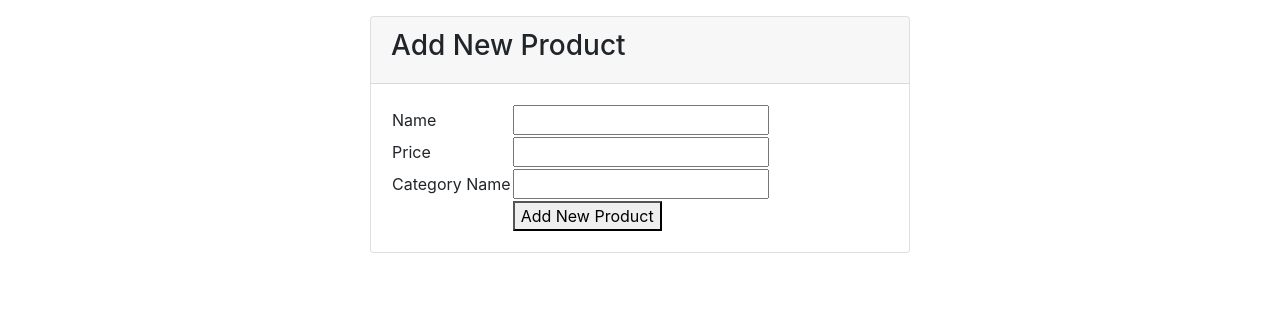
Repository: HsuMon123/Testing-Java-EE
Page: http://localhost/04-jsp-java-bean/
These files come from the project's save history. The page is drawn as it stood at one moment and after the next save; the edit follows.
The browser window is 1280 px wide. The pictures show the whole page.
The page is served by Tomcat 9. Other server files are loaded and not shown.

Above is the page before, as saved 2020-12-17 11:55:18.

### 04-jsp-java-bean/src/main/webapp/index.jsp
<%@ page language="java" contentType="text/html; charset=ISO-8859-1"
    pageEncoding="ISO-8859-1"%>
<!DOCTYPE html>
<html>
<head>
<meta charset="ISO-8859-1">
<title>Add New Product</title>
<link href="./common/css/bootstrap.min.css" rel="stylesheet" type="text/css"/>
<script type="text/javascript" src="./common/js/jquery.min.js"></script>
<script type="text/javascript" src="./common/js/bootstrap.min.js"></script>

</head>
<body>

	<div class="container">
		<div class="row mt-3">
			<div class="col-6 offset-3">
				<div class="card">
				<div class="card-header">
					<h3>Add New Product</h3>
				</div>
				<div class="card-body">
					<form action="create-product.jsp">
		<table>
			<tr>
				<td>Name</td>
				<td>
					<input type="text" name="name"/>
				</td>
			</tr>
			<tr>
				<td>Price</td>
				<td>
					<input type="number" name="price"/>
				</td>
			</tr>
			<tr>
				<td>Category Name</td>
				<td>
					<input type="text" name="catName" />
				</td>
			</tr>
			<tr>
				<td></td>
				<td>
					<button type="submit">Add New Product</button>
				</td>
			</tr>
		</table>
	</form>
				</div>
			</div>
			</div>
		</div>
	</div>

</body>
</html>

Loaded but not shown: 04-jsp-java-bean/src/main/webapp/common/css/bootstrap.min.css (library); 04-jsp-java-bean/src/main/webapp/common/js/jquery.min.js (library); 04-jsp-java-bean/src/main/webapp/common/js/bootstrap.min.js (library)

After the next save:
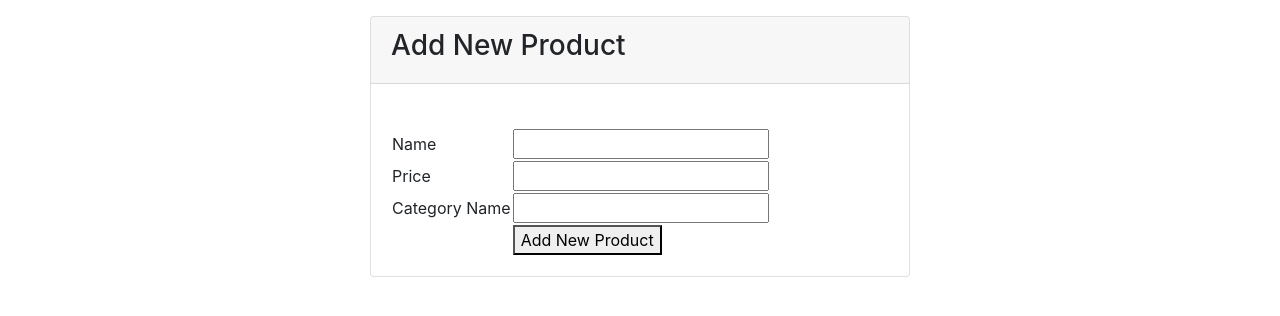
Saved 8 s later.
--- a/04-jsp-java-bean/src/main/webapp/index.jsp
+++ b/04-jsp-java-bean/src/main/webapp/index.jsp
@@ -27,7 +27,7 @@
 				<td>
 					<input type="text" name="name"/>
 				</td>
-			</tr>
+			</tr><br>
 			<tr>
 				<td>Price</td>
 				<td>

After the save that followed:
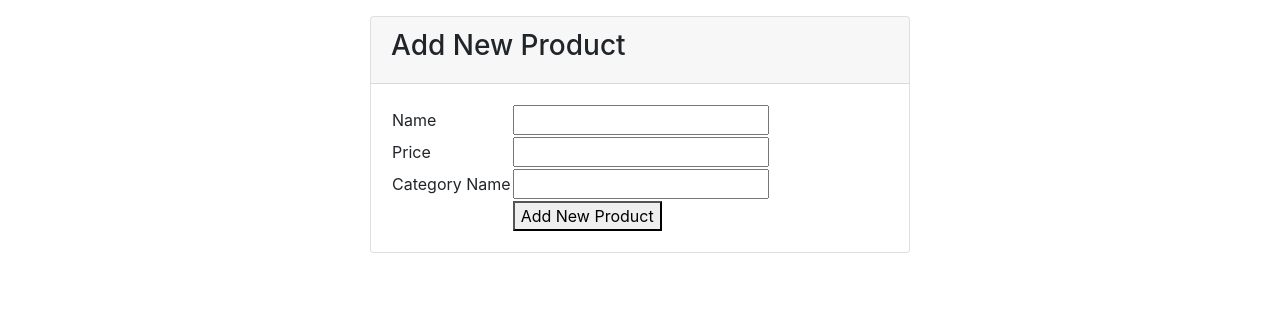
Saved 39 s later.
--- a/04-jsp-java-bean/src/main/webapp/index.jsp
+++ b/04-jsp-java-bean/src/main/webapp/index.jsp
@@ -27,7 +27,8 @@
 				<td>
 					<input type="text" name="name"/>
 				</td>
-			</tr><br>
+			</tr>
+			<tr></tr>
 			<tr>
 				<td>Price</td>
 				<td>
